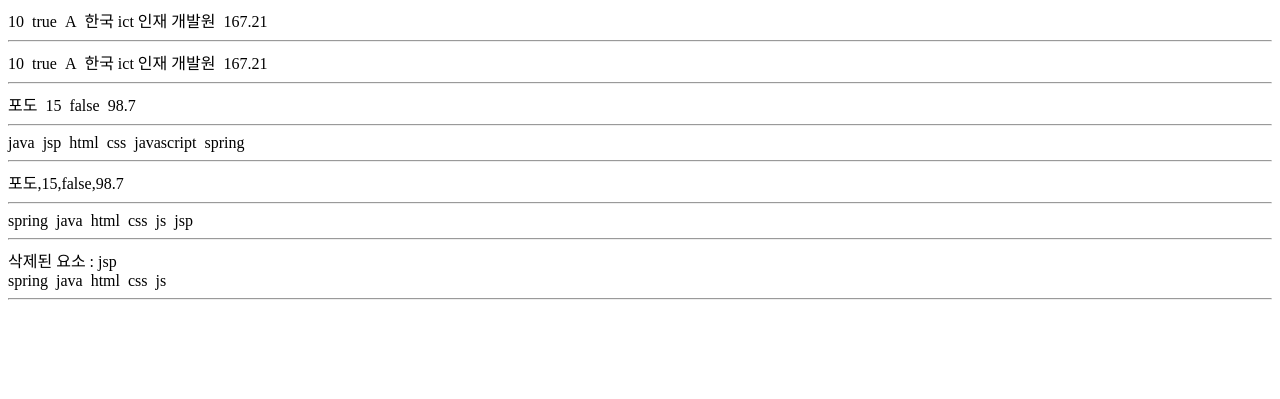
Repository: wjsjsn/23_webstudy
Page: 03_javascript/src/main/webapp/day02/Ex02_array.html
These files come from the project's save history. The page is drawn as it stood at one moment and after the next save; the edit follows.
The browser window is 1280 px wide. The pictures show the whole page.

Above is the page before, as saved 2023-06-28 01:18:59.

### 03_javascript/src/main/webapp/day02/Ex02_array.html
<!DOCTYPE html>
<html>
<head>
<meta charset="UTF-8">
<title>배열 : array</title>
<script type="text/javascript">
	// 자바 스크립트의 배열 : 크기를 지정하지 않아도 됨
	//                              모든 자료를 담을 수 있음
	// 방법 1
	var arr = new Array();
	arr[0] = 10;
	arr[1] = true;
	arr[2] = 'A';
	arr[3] = '한국 ict 인재 개발원';
	arr[4] = 167.21;

	// 출력
	for (var i = 0; i < arr.length; i++) {
		document.write(arr[i] + "&nbsp;&nbsp;");
	}
	document.write("<hr>");

	// 자바의 개선된 for문(foreach)과 비슷한 forin문이 있음(똑같은 거 x)
	// 자바는 데이터 자체를 넘기지만 자바스크립트는 index를 넘김
	// 여기서 index는 k
	for ( var k in arr) {
	//	document.write(k + "&nbsp;&nbsp;");
	document.write(arr[k]+ "&nbsp;&nbsp;");
	}
	document.write("<hr>");

	// 방법 2
	var arr2 = ["포도", 15, false, 98.7];
	for ( var k in arr2) {
		//	document.write(k + "&nbsp;&nbsp;");
		document.write(arr2[k]+ "&nbsp;&nbsp;");
		}
		document.write("<hr>");

		// 문자열을 배열로 만들기
		var myData = "java,jsp,html,css,javascript,spring";
		// myArr은 ","를 기준으로 배열로 만들어짐
		var myArr = myData.split(",");
		for ( var k in myArr) {
			//	document.write(k + "&nbsp;&nbsp;");
			document.write(myArr[k]+ "&nbsp;&nbsp;");
			}
			document.write("<hr>");

		// arr2 배열을 문자열로 만들기
		// 배열.join("구분자");
		var myData2 = arr2.join(",");
		document.write(myData2);
		document.write("<hr>");

		// 자바 스크립트의 배열은 추가, 삭제 가능
		// 추가
		var myArr3 = ["java", "html", "css", "js"];
		// 맨 뒤에 추가 : push()
		myArr3.push("jsp");
		// 맨 앞에 추가 : unshift()
		myArr3.unshift("spring");

		for ( var k in myArr3) {
			//	document.write(k + "&nbsp;&nbsp;");
			document.write(myArr3[k]+ "&nbsp;&nbsp;");
			}
			document.write("<hr>");

		//	추출 : 꺼낸 요소 반환
		// 삭제
		// k1은 삭제된 요소를 갖고 있음
		// 뒤 요소 삭제 : pop();
		var k1 = myArr3.pop();
		document.write("삭제된 요소 : " + k1 + "<br>");

		for ( var k in myArr3) {
			//	document.write(k + "&nbsp;&nbsp;");
			document.write(myArr3[k]+ "&nbsp;&nbsp;");
			}
			document.write("<hr>");

		// 앞 요소 삭제 : shift();
</script>
</head>
<body>
</body>
</html>

After the next save:
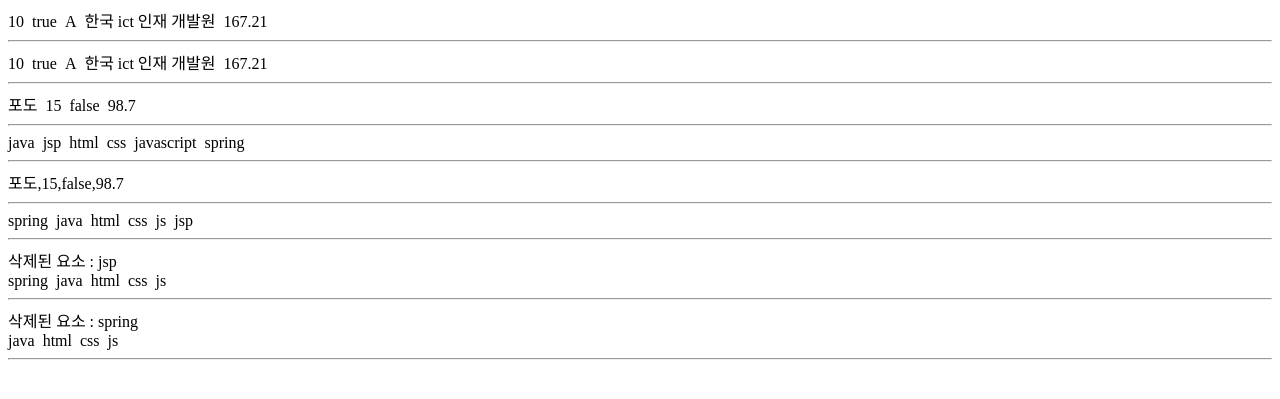
Saved 69 s later.
--- a/03_javascript/src/main/webapp/day02/Ex02_array.html
+++ b/03_javascript/src/main/webapp/day02/Ex02_array.html
@@ -81,6 +81,15 @@
 			document.write("<hr>");
 
 		// 앞 요소 삭제 : shift();
+			var k2 = myArr3.shift();
+			document.write("삭제된 요소 : " + k2 + "<br>");
+
+			for ( var k in myArr3) {
+				//	document.write(k + "&nbsp;&nbsp;");
+				document.write(myArr3[k]+ "&nbsp;&nbsp;");
+				}
+				document.write("<hr>");
+
 </script>
 </head>
 <body>
